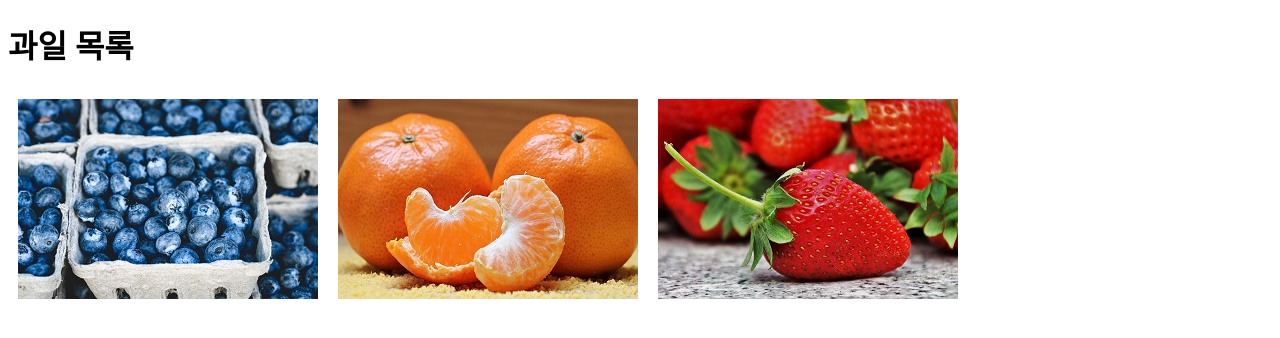
Repository: woosungtae/html_css
Page: pro01/public/a11.html
These files come from the project's save history. The page is drawn as it stood at one moment and after the next save; the edit follows.
The browser window is 1280 px wide. The pictures show the whole page.

Above is the page before, as saved 2022-12-12 05:30:43.

### pro01/public/a11.html
<!DOCTYPE html>
<html lang="ko">
<head>
<meta charset="utf-8">
<title>상품 목록</title>
   <style>
      .prod-list{
          list-style: none;
          margin: 0;
          padding: 0;
      }
      .prod-list li{
          position: relative;
          float: left;
          margin: 10px;
          padding: 0;
          overflow: hidden;
      }
      .prod-list img{
          margin:0;
          padding:0;
          float: left;
          z-index: 5;
      }
      .prod-list .caption{
          position: absolute;
          top: 200px;
          width: 300px;
          height: 200px;
          padding-top: 20px;
          background: rgba(0,0,0,0.6);
          opacity: 0;
          transition: all 0.2s ease-in-out;
          z-index: 10;
      }
      .prod-list li:hover .caption{
          opacity: 1;
          transform: translateY(-200px);
      }
      .prod-list .caption h1, .prod-list p{
          color: white;
          text-align: center;
      }
   </style>
</head>
<body>
<h1>과일 목록</h1>
<div id="container">
  <ul class="prod-list">
   <li>
      <img src="images/prod1.jpg">
      <div class="caption">
       <h1>상품 1</h1>
       <p>상품 1 설명 텍스트</p>
       <p>가격 : 12,345원</p>
      </div>
      </li>
         <li>
      <img src="images/prod2.jpg">
      <div class="caption">
       <h1>상품 2</h1>
       <p>상품 2 설명 텍스트</p>
       <p>가격 : 12,345원</p>
      </div>
      </li>
         <li>
      <img src="images/prod3.jpg">
      <div class="caption">
       <h1>상품 3</h1>
       <p>상품 3 설명 텍스트</p>
       <p>가격 : 12,345원</p>
      </div>
      </li>
  </ul>
</div>

</body>
</html>

After the next save:
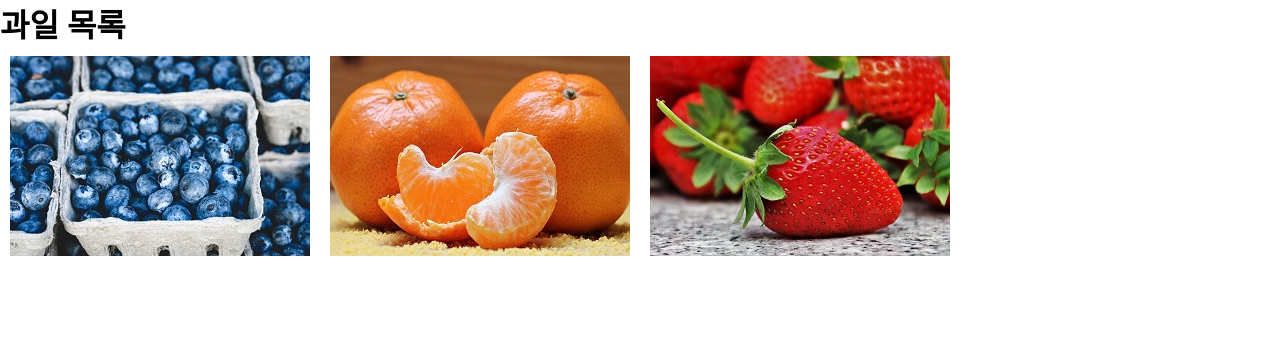
Saved 13 s later.
--- a/pro01/public/a11.html
+++ b/pro01/public/a11.html
@@ -4,6 +4,10 @@
 <meta charset="utf-8">
 <title>상품 목록</title>
    <style>
+   *{
+    margin:0;
+    padding:0;
+   }
       .prod-list{
           list-style: none;
           margin: 0;

After the save that followed:
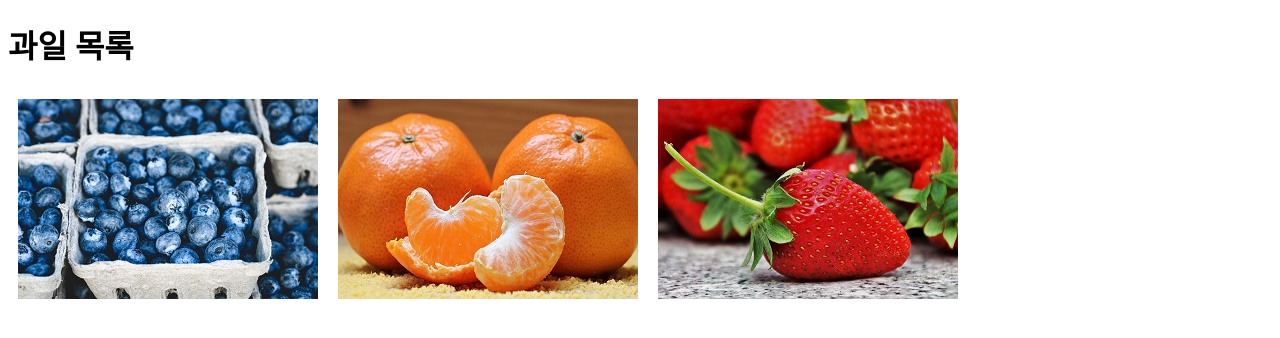
Saved 7 s later.
--- a/pro01/public/a11.html
+++ b/pro01/public/a11.html
@@ -4,10 +4,7 @@
 <meta charset="utf-8">
 <title>상품 목록</title>
    <style>
-   *{
-    margin:0;
-    padding:0;
-   }
+
       .prod-list{
           list-style: none;
           margin: 0;
